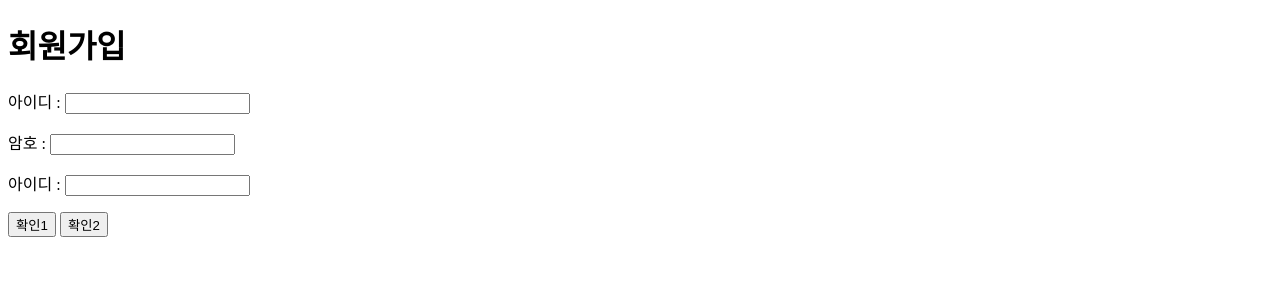
Repository: SongHyeSun/JSP
Page: http://localhost/och15_ajax/ch03/uiRun.jsp
An editor plug-in stored every save of this project. The page is shown before and after the next save, followed by the edit.
The browser window is 1280 px wide. The pictures show the whole page.
The page is served by Tomcat 9.

Above is the page before, as saved 2024-07-22 06:16:53.

After the next save:
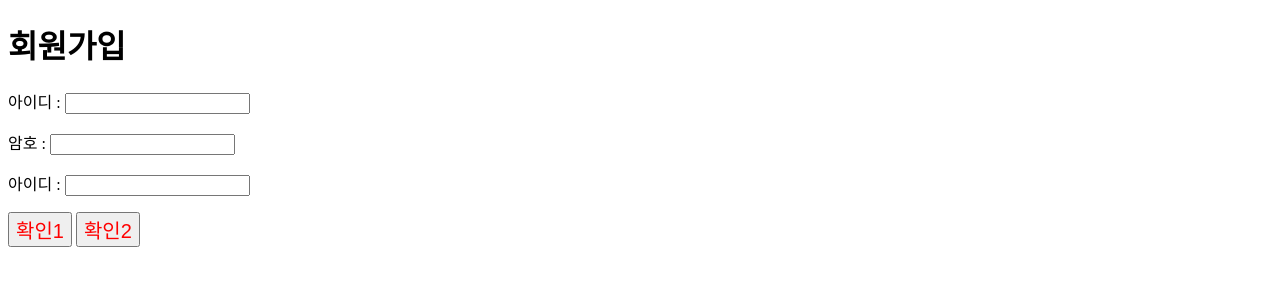
Saved 11 s later.
--- a/jspSrc17/och15_ajax/src/main/webapp/ch03/uiRun.jsp
+++ b/jspSrc17/och15_ajax/src/main/webapp/ch03/uiRun.jsp
@@ -5,6 +5,12 @@
 <head>
 <meta charset="UTF-8">
 <title>Insert title here</title>
+<style type="text/css">
+	.button { color:red;
+	          font-size:20px;
+	     }
+</style>
+
 </head>
 <body>
 	<h1>회원가입</h1>
